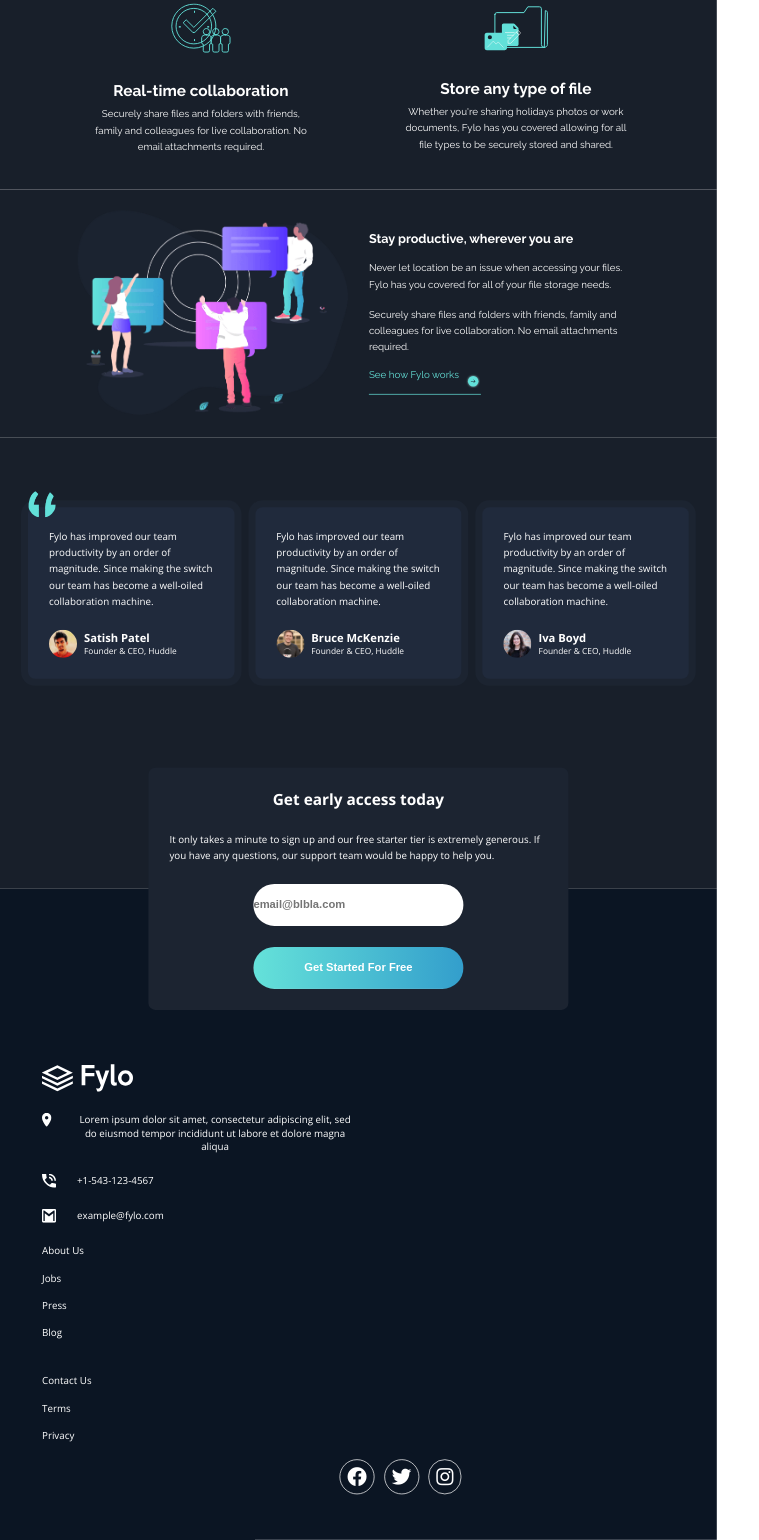
Repository: tomas938/fylo-dark-theme-landing-page-master
Page: index.html
The author's editor kept a copy of each file at every save. The page is drawn from the files as they stood at one save, then again after the next save.
The browser window is 1024 px wide. The page is 1084 px wide, so the pictures cover 1084 px, including what lies to the right of the window. The pictures show the part of the page from y = 1164 to 3364 px (the page is 3364 px tall before and 3345 px after), at 70% of full size.
Some web libraries are served in a nearby version. The style sheet was rebuilt from its Sass, Less or Tailwind sources for each picture, by a compiler version that may differ from the author's.

Above is the page before, as saved 2021-08-05 20:44:21.

After the next save:
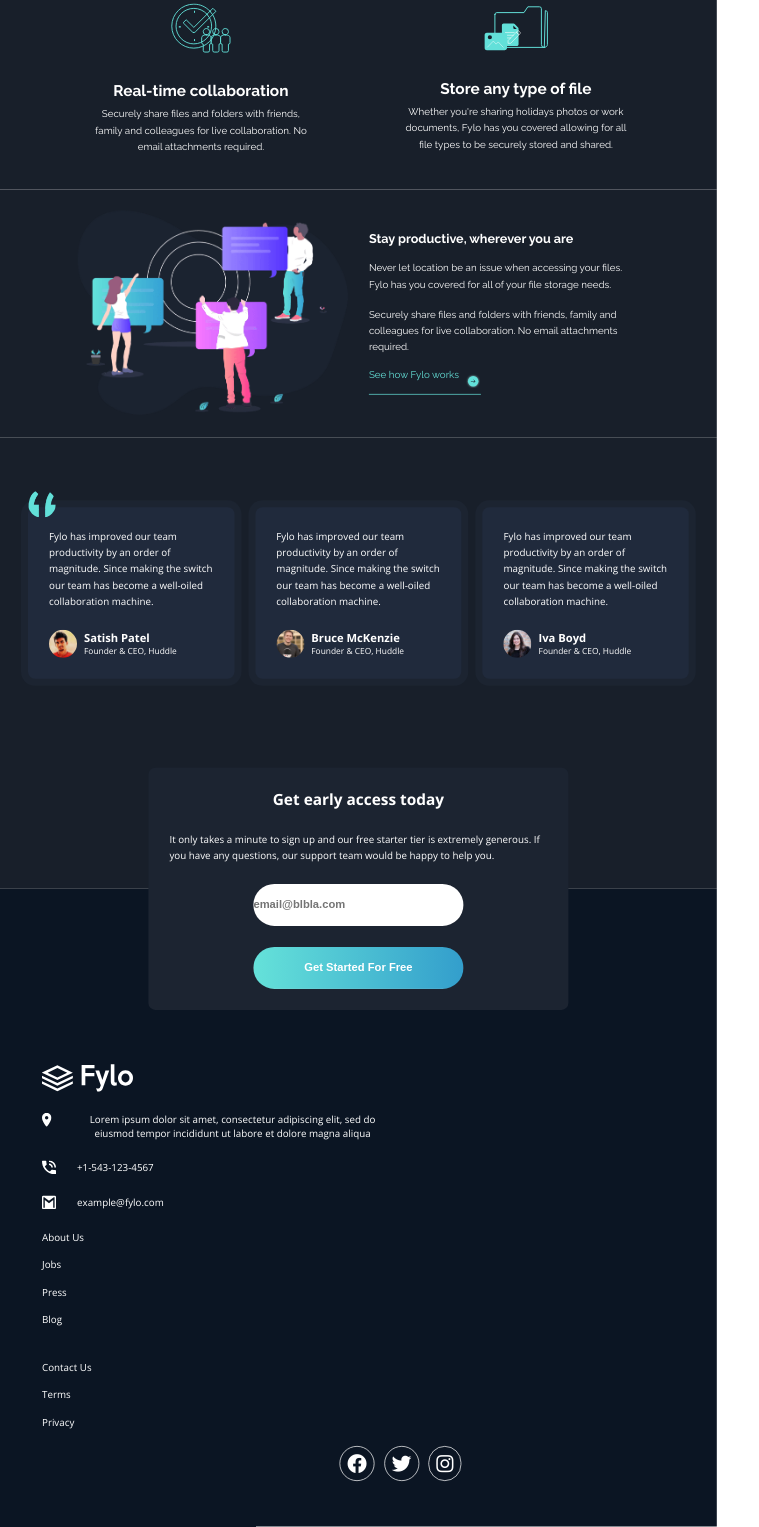
Saved 7 s later.
--- a/scss/_partials/_footer.scss
+++ b/scss/_partials/_footer.scss
@@ -117,7 +117,7 @@ footer {
 		width: 35rem;
 		@media only screen and (max-width: 1100px) {
 			margin-bottom: 3rem;
-			width: 45rem;
+			width: 50rem;
 		}
 	}
 }
